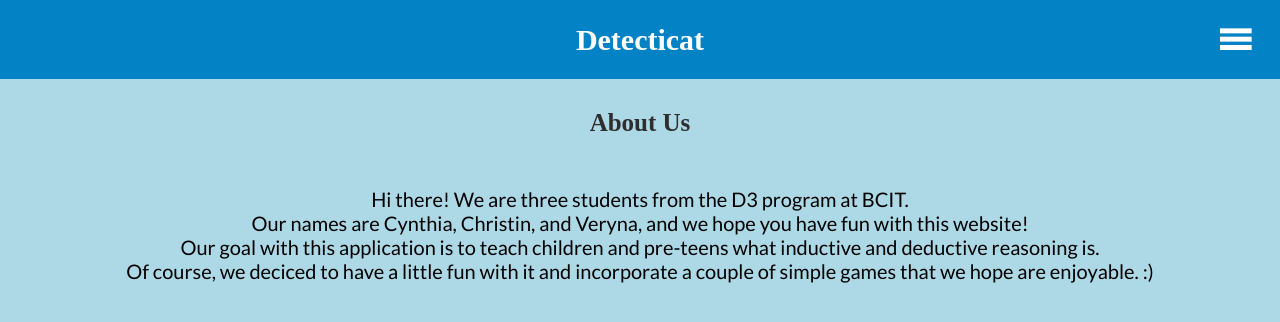
Repository: cynthiahcheng/Detecticat
Page: about page/about-us.html
An editor plug-in stored every save of this project. The page is shown before and after the next save, followed by the edit.
The browser window is 1280 px wide. The pictures show the whole page.

Above is the page before, as saved 2020-03-14 21:49:13.

After the next save:
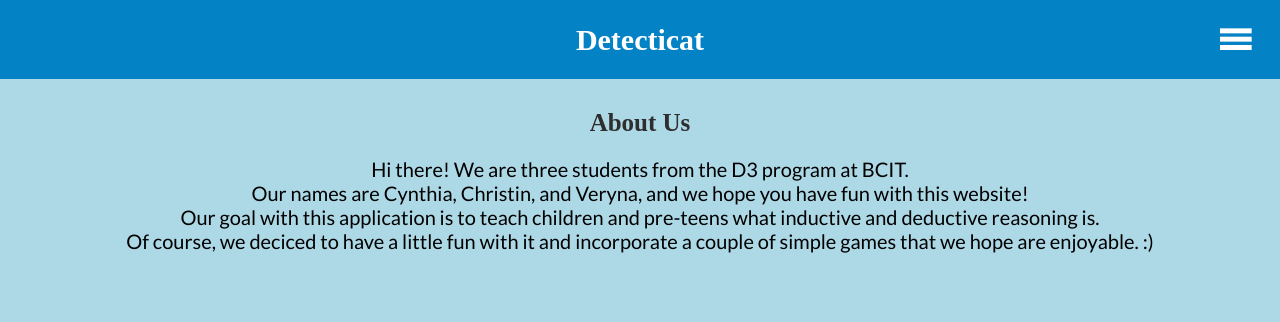
Saved 15 s later.
--- a/about page/about-us.css
+++ b/about page/about-us.css
@@ -7,7 +7,7 @@ body, html {
 
 .header {
     display:flex;
-    justify-content: center;
+    20px;justify-content: center;
     align-items: center;
     background-color: #0382C6;
     height:11vh;
@@ -88,6 +88,7 @@ body, html {
 
 .description {
     font-size:20px;
+    padding:
     padding-top:30px;
     line-height: 1.2;
     font-family: 'Lato', sans-serif;
